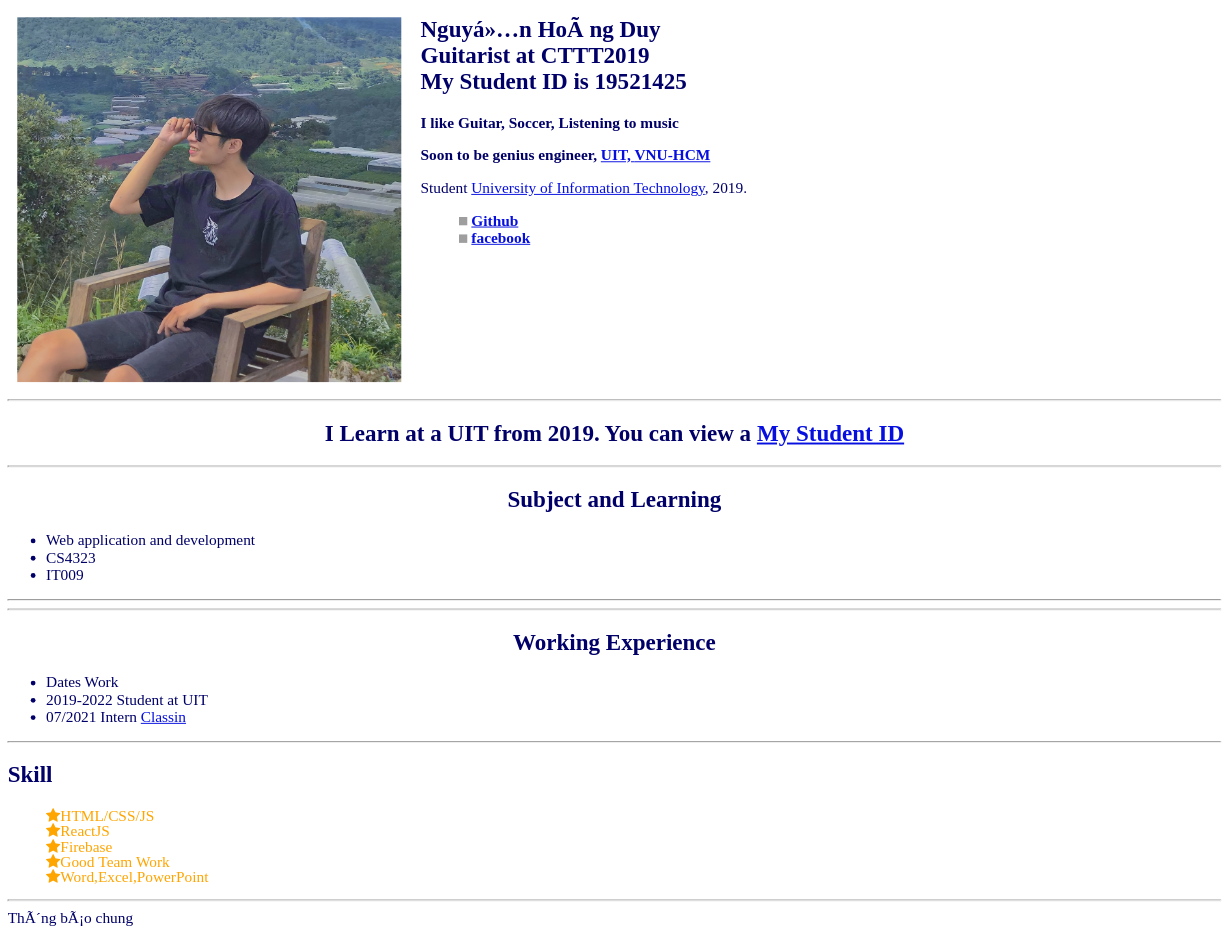
Repository: HoangDuy315/web-dev2022
Page: ex2.html
An editor plug-in stored every save of this project. The page is shown before and after the next save, followed by the edit.
The browser window is 1280 px wide. The pictures show the whole page, at 96% of full size.
Pictures or frames that could not be fetched are drawn as grey boxes.

Above is the page before, as saved 2022-09-22 15:24:45.

After the next save:
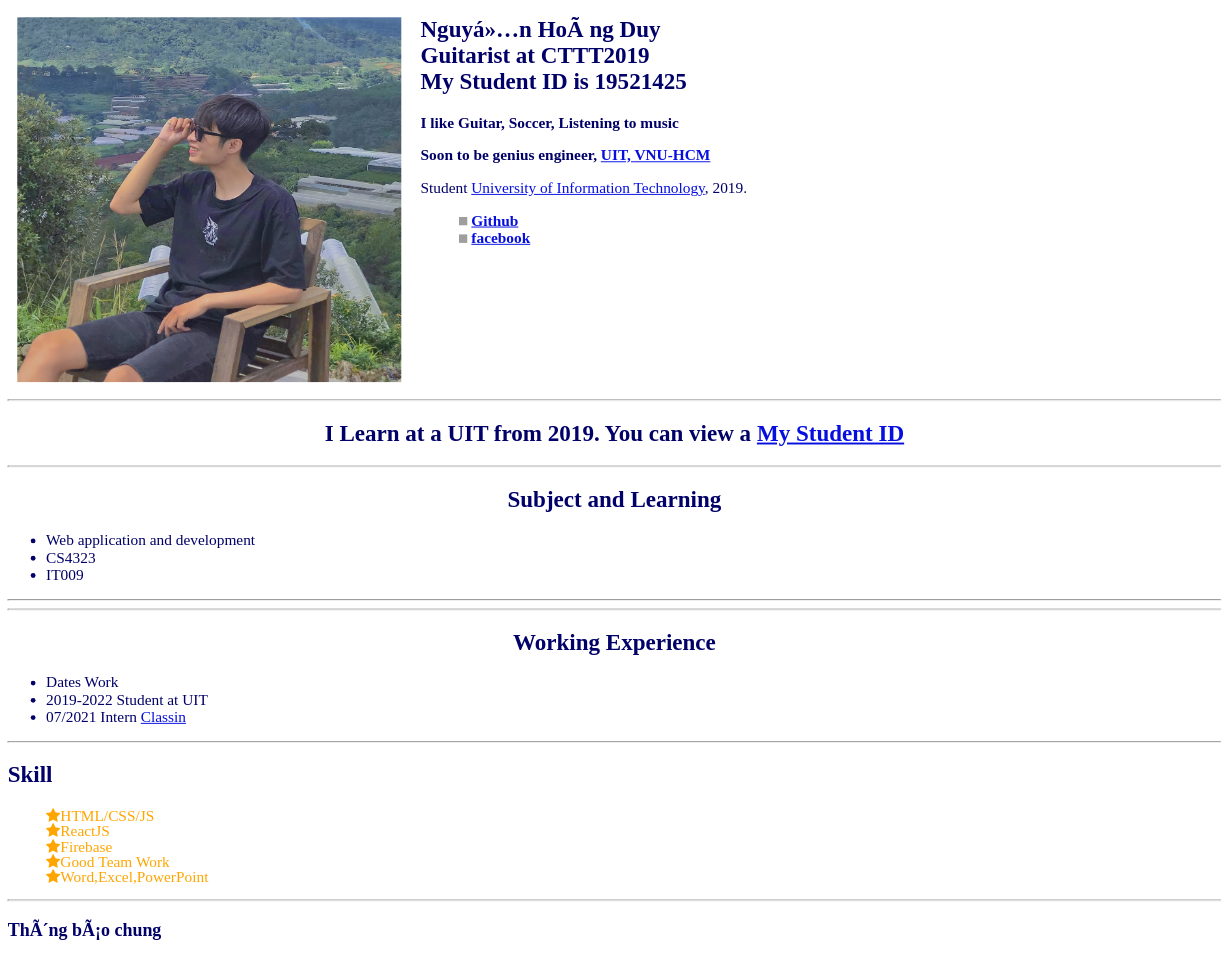
Saved 16 s later.
--- a/ex2.html
+++ b/ex2.html
@@ -90,7 +90,7 @@ Student <a href="https://www.uit.edu.vn/">University of Information Technology</
 
 
 <hr>
-    Thông báo chung
+    <h3>Thông báo chung</h3>
 </hr>
 
 </script>
